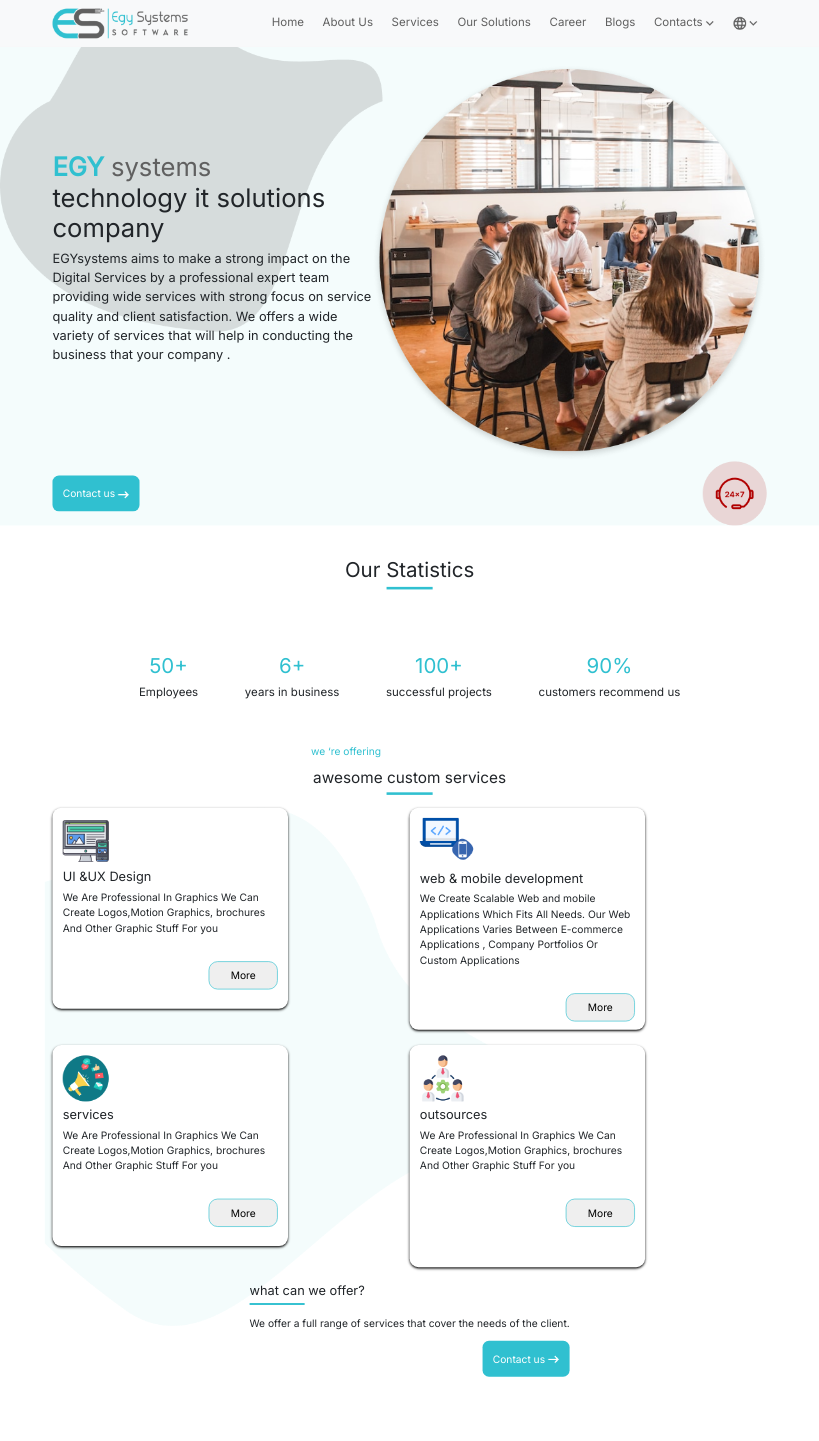
Repository: hamdyAbdelazeim/Egysystem-Home
Page: index.html
The author's editor kept a copy of each file at every save. The page is drawn from the files as they stood at one save, then again after the next save.
The browser window is 1280 px wide. The pictures show the whole page, at 64% of full size.

Above is the page before, as saved 2023-07-13 13:09:29.

After the next save:
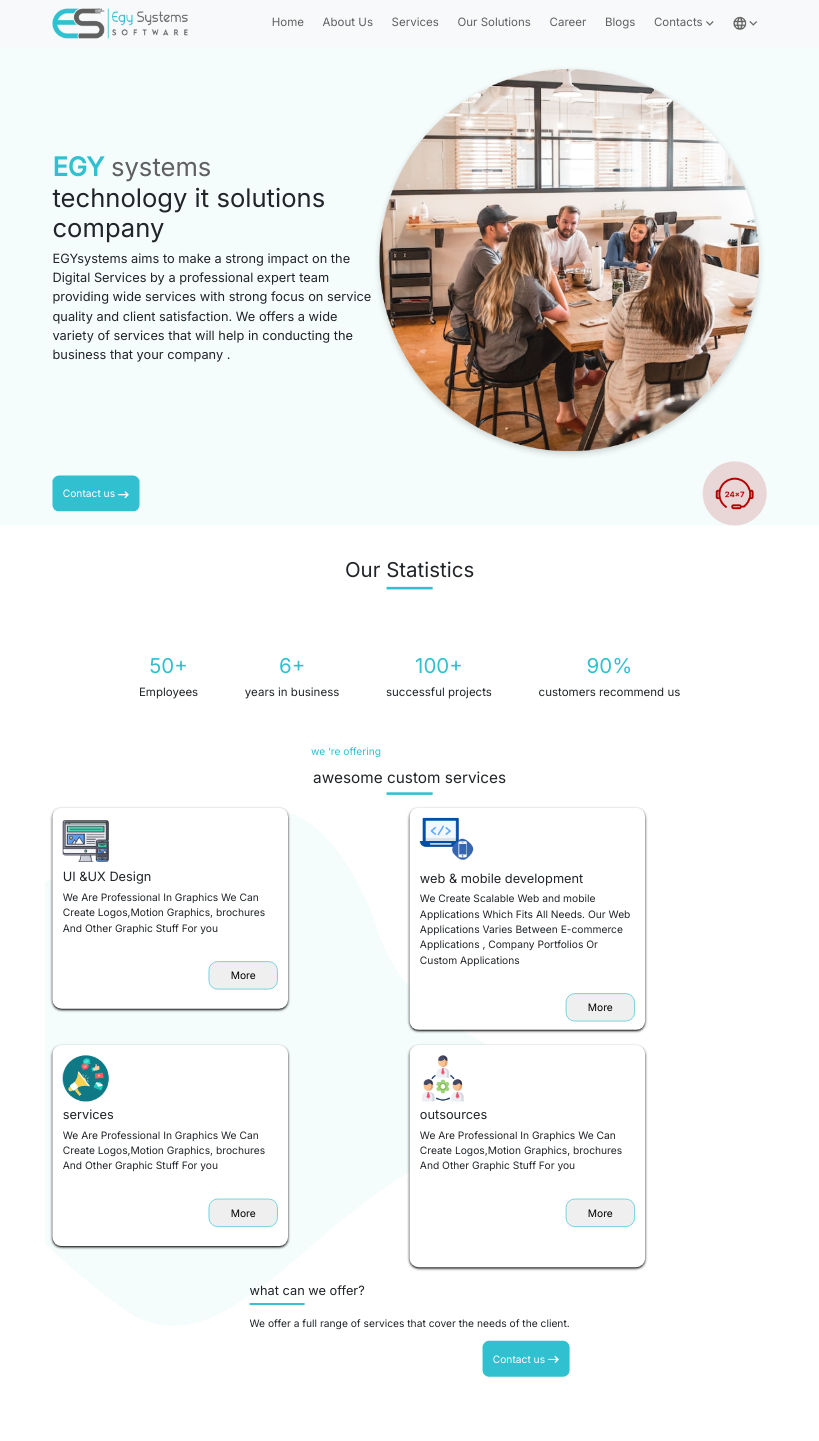
Saved 26 s later.
--- a/css/style.css
+++ b/css/style.css
@@ -53,8 +53,8 @@ body {
 .Home {
   padding-top: 100px;
   background-color: #f4fcfc;
-  background-image: url('/assets/Ellipse\ 36.png');
-  background-repeat: no-repeat;
+  /* background-image: url('/assets/Ellipse\ 36.png');
+  background-repeat: no-repeat; */
 }
 
 .Egy {
